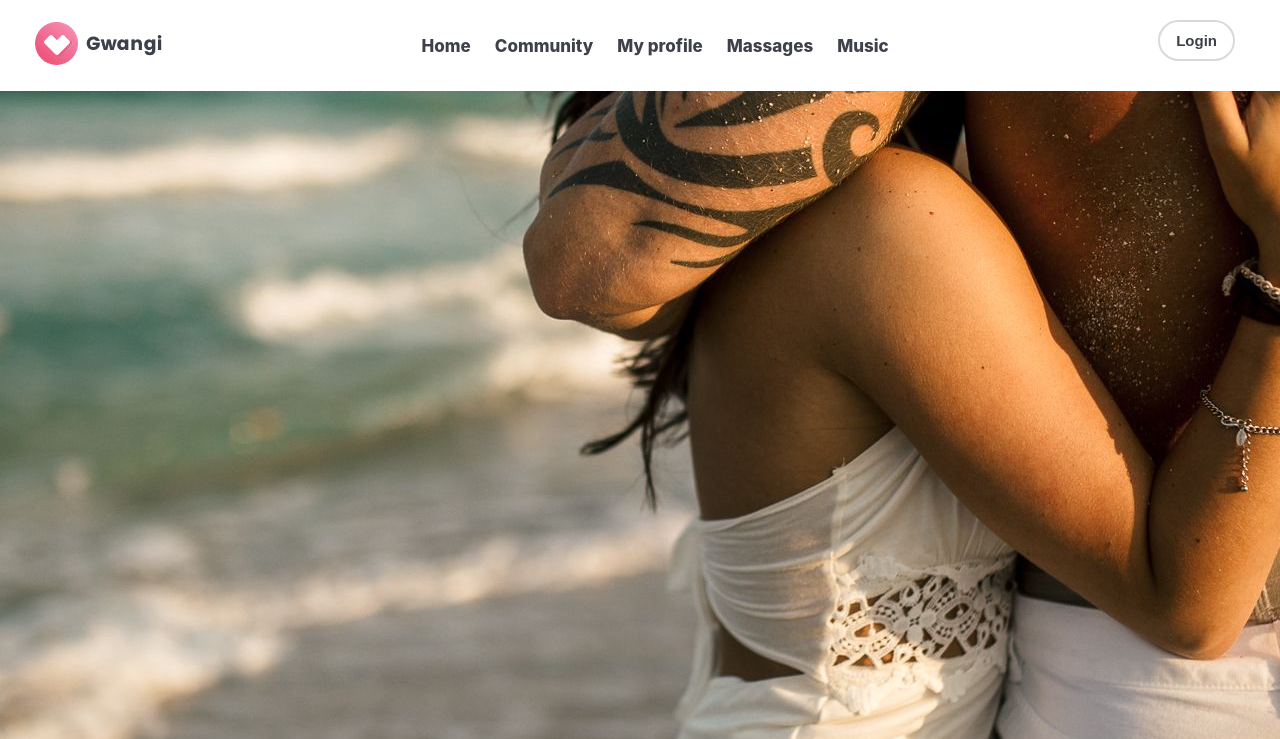
Repository: ShokunLiubov/Soc-Network-React
Page: /login
The author's editor kept a copy of each file at every save. The page is drawn from the files as they stood at one save, then again after the next save.
The browser window is 1280 px wide. The pictures show the whole page.
The project was rebuilt for these pictures with package versions that can differ from the ones it lists, and the page was loaded fresh each time. Also part of the build but not shown: src/components/common/Paginator/Paginator.module.css, src/components/common/Paginator/Paginator.jsx, src/components/Community/Community.module.css, src/components/Community/Friend/Friend.jsx, src/components/Community/Community.jsx, src/components/common/Preloader/Preloader.jsx, src/components/Community/CommunityContainer.jsx, src/components/Dialogs/Dialogs.module.css and 14 more.

Above is the page before, as saved 2022-08-24 17:23:59.

After the next save:
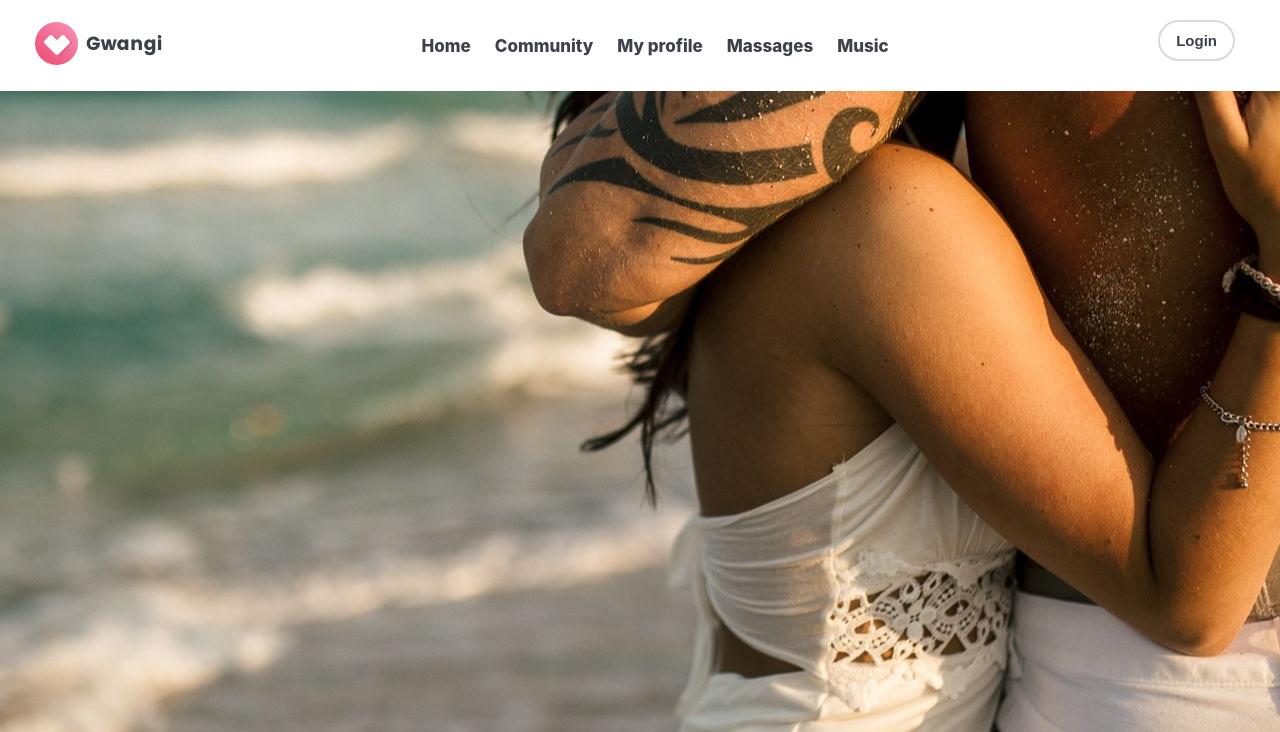
Saved 15 s later.
--- a/src/components/Auth/Registration/Registration.module.css
+++ b/src/components/Auth/Registration/Registration.module.css
@@ -3,6 +3,6 @@
     background-repeat: no-repeat;
     background-position: center;
     width: 100%;
-    height: 90vh;
+    height: 89vh;
 
 }
